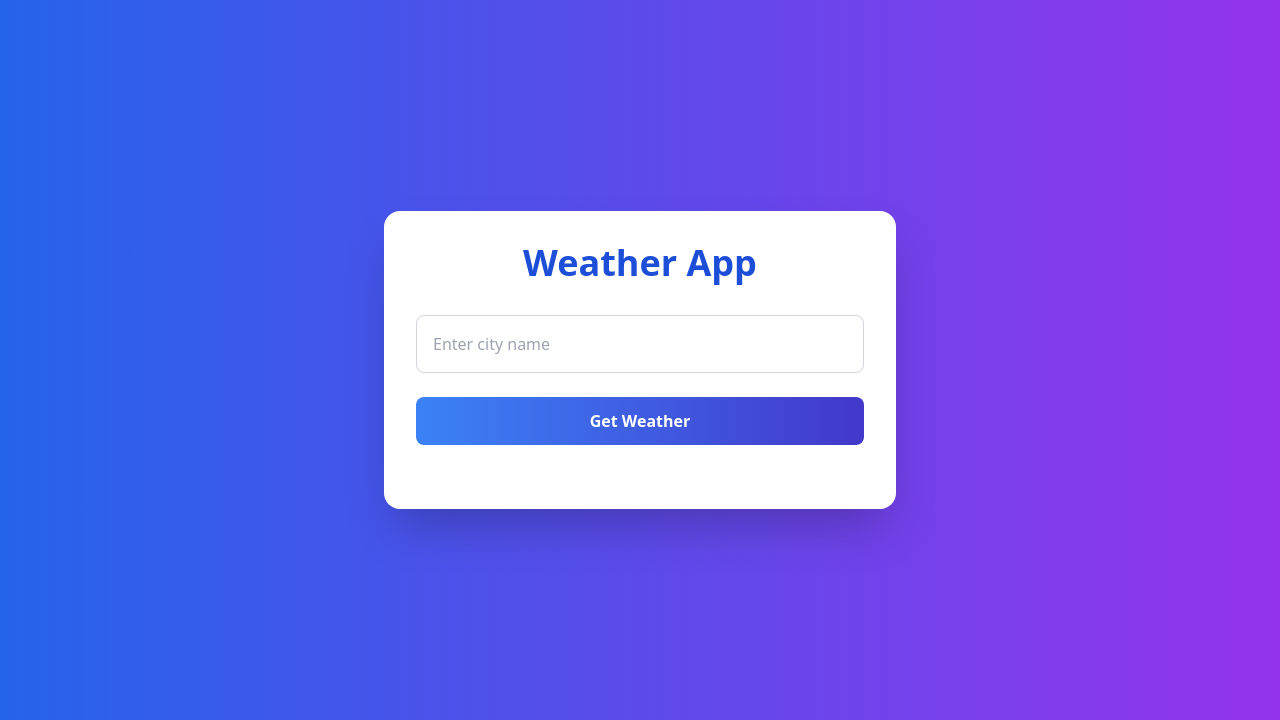
Repository: MKosainHaider/weather-app
Page: index.html
These files come from the project's save history. The page is drawn as it stood at one moment and after the next save; the edit follows.
The browser window is 1280 px wide. The pictures show the whole page.
Some web libraries are served in a nearby version.

Above is the page before, as saved 2024-08-16 00:25:37.
Not found: weather.js

### index.html
<!DOCTYPE html>
<html lang="en">

<head>
    <meta charset="UTF-8">
    <meta name="viewport" content="width=device-width, initial-scale=1.0">
    <script src="weather.js" defer></script>
    <script src="https://cdn.tailwindcss.com"></script>
    <title>Weather App</title>
</head>

<body class="bg-gradient-to-r from-blue-600 to-purple-600 flex items-center justify-center min-h-screen">
    <div id="app"
        class="p-8 bg-white rounded-2xl shadow-2xl max-w-lg w-full transform hover:scale-105 transition-transform duration-300">
        <h1 class="text-4xl font-extrabold text-center text-blue-700 mb-8">Weather App</h1>
        <input type="text" id="cityInput" placeholder="Enter city name"
            class="w-full p-4 border border-gray-300 rounded-lg mb-6 focus:outline-none focus:ring-2 focus:ring-blue-500"
            autocomplete="off" />
        <button id="getWeatherBtn"
            class="w-full bg-gradient-to-r from-blue-500 to-indigo-700 text-white font-bold py-3 px-6 rounded-lg hover:from-blue-600 hover:to-indigo-800 transition-all duration-300">
            Get Weather
        </button>
        <div id="weatherResult"
            class="mt-8 text-center text-lg font-medium text-gray-800 flex justify-between space-x-4">
            <!-- Weather forecast cards will be dynamically inserted here -->
        </div>
    </div>
</body>

</html>

After the next save:
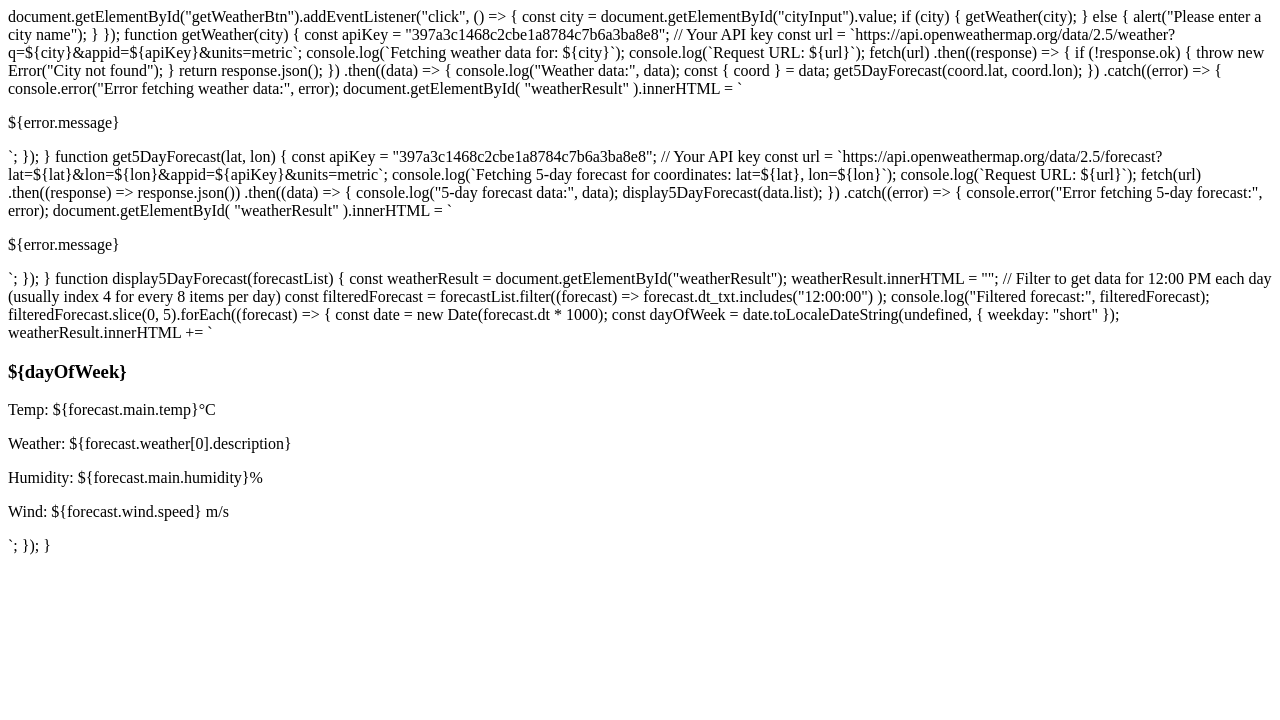
Saved 35 s later.
--- a/index.html
+++ b/index.html
@@ -1,30 +1,83 @@
-<!DOCTYPE html>
-<html lang="en">
+document.getElementById("getWeatherBtn").addEventListener("click", () => {
+    const city = document.getElementById("cityInput").value;
+    if (city) {
+      getWeather(city);
+    } else {
+      alert("Please enter a city name");
+    }
+  });
 
-<head>
-    <meta charset="UTF-8">
-    <meta name="viewport" content="width=device-width, initial-scale=1.0">
-    <script src="weather.js" defer></script>
-    <script src="https://cdn.tailwindcss.com"></script>
-    <title>Weather App</title>
-</head>
+  function getWeather(city) {
+    const apiKey = "397a3c1468c2cbe1a8784c7b6a3ba8e8"; // Your API key
+    const url = `https://api.openweathermap.org/data/2.5/weather?q=${city}&appid=${apiKey}&units=metric`;
 
-<body class="bg-gradient-to-r from-blue-600 to-purple-600 flex items-center justify-center min-h-screen">
-    <div id="app"
-        class="p-8 bg-white rounded-2xl shadow-2xl max-w-lg w-full transform hover:scale-105 transition-transform duration-300">
-        <h1 class="text-4xl font-extrabold text-center text-blue-700 mb-8">Weather App</h1>
-        <input type="text" id="cityInput" placeholder="Enter city name"
-            class="w-full p-4 border border-gray-300 rounded-lg mb-6 focus:outline-none focus:ring-2 focus:ring-blue-500"
-            autocomplete="off" />
-        <button id="getWeatherBtn"
-            class="w-full bg-gradient-to-r from-blue-500 to-indigo-700 text-white font-bold py-3 px-6 rounded-lg hover:from-blue-600 hover:to-indigo-800 transition-all duration-300">
-            Get Weather
-        </button>
-        <div id="weatherResult"
-            class="mt-8 text-center text-lg font-medium text-gray-800 flex justify-between space-x-4">
-            <!-- Weather forecast cards will be dynamically inserted here -->
-        </div>
-    </div>
-</body>
+    console.log(`Fetching weather data for: ${city}`);
+    console.log(`Request URL: ${url}`);
 
-</html>
+    fetch(url)
+      .then((response) => {
+        if (!response.ok) {
+          throw new Error("City not found");
+        }
+        return response.json();
+      })
+      .then((data) => {
+        console.log("Weather data:", data);
+        const { coord } = data;
+        get5DayForecast(coord.lat, coord.lon);
+      })
+      .catch((error) => {
+        console.error("Error fetching weather data:", error);
+        document.getElementById(
+          "weatherResult"
+        ).innerHTML = `<p class="text-red-500">${error.message}</p>`;
+      });
+  }
+
+  function get5DayForecast(lat, lon) {
+    const apiKey = "397a3c1468c2cbe1a8784c7b6a3ba8e8"; // Your API key
+    const url = `https://api.openweathermap.org/data/2.5/forecast?lat=${lat}&lon=${lon}&appid=${apiKey}&units=metric`;
+
+    console.log(`Fetching 5-day forecast for coordinates: lat=${lat}, lon=${lon}`);
+    console.log(`Request URL: ${url}`);
+
+    fetch(url)
+      .then((response) => response.json())
+      .then((data) => {
+        console.log("5-day forecast data:", data);
+        display5DayForecast(data.list);
+      })
+      .catch((error) => {
+        console.error("Error fetching 5-day forecast:", error);
+        document.getElementById(
+          "weatherResult"
+        ).innerHTML = `<p class="text-red-500">${error.message}</p>`;
+      });
+  }
+
+  function display5DayForecast(forecastList) {
+    const weatherResult = document.getElementById("weatherResult");
+    weatherResult.innerHTML = "";
+
+    // Filter to get data for 12:00 PM each day (usually index 4 for every 8 items per day)
+    const filteredForecast = forecastList.filter((forecast) =>
+      forecast.dt_txt.includes("12:00:00")
+    );
+
+    console.log("Filtered forecast:", filteredForecast);
+
+    filteredForecast.slice(0, 5).forEach((forecast) => {
+      const date = new Date(forecast.dt * 1000);
+      const dayOfWeek = date.toLocaleDateString(undefined, { weekday: "short" });
+
+      weatherResult.innerHTML += `
+          <div class="bg-gray-100 p-4 rounded-lg shadow-md flex-1">
+              <h3 class="text-lg font-bold">${dayOfWeek}</h3>
+              <p class="text-sm">Temp: ${forecast.main.temp}°C</p>
+              <p class="text-sm">Weather: ${forecast.weather[0].description}</p>
+              <p class="text-sm">Humidity: ${forecast.main.humidity}%</p>
+              <p class="text-sm">Wind: ${forecast.wind.speed} m/s</p>
+          </div>
+      `;
+    });
+  }
